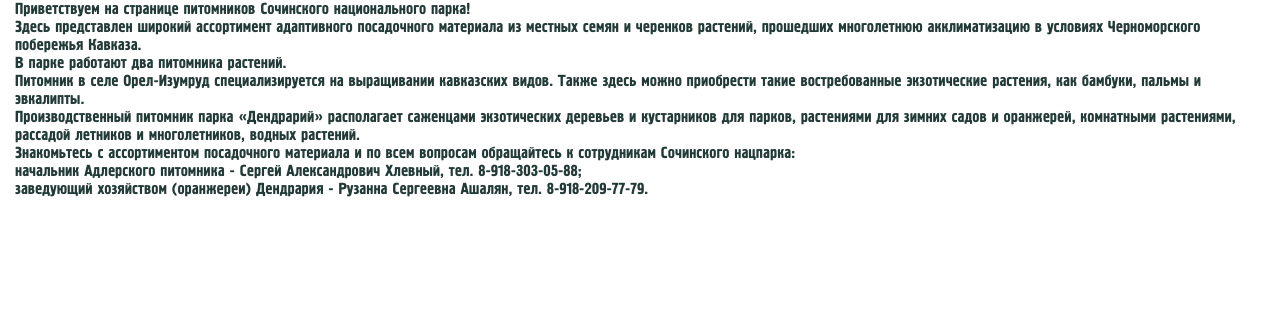
Repository: sem1103/np-sochi
Page: index.html
These files come from the project's save history. The page is drawn as it stood at one moment and after the next save; the edit follows.
The browser window is 1280 px wide. The pictures show the whole page.

Above is the page before, as saved 2024-01-17 19:38:39.

### index.html
<!DOCTYPE html>
<html lang="en">
<head>
    <meta charset="UTF-8">
    <meta name="viewport" content="width=device-width, initial-scale=1.0">
    <title>Сочинский Национальный Парк</title>

    <link rel="stylesheet" href="styles/reset.css">
    <link rel="stylesheet" href="styles/main.css">
</head>
<body>
    <div id="page">
        <header></header>

        <main>
            <div class="top__text container">
                <p>
                    Приветствуем на странице питомников Сочинского национального парка!
                </p>
                <p>
                    Здесь представлен широкий ассортимент адаптивного посадочного материала из местных семян и черенков растений, прошедших многолетнюю акклиматизацию в условиях Черноморского побережья Кавказа.
                </p>
                <p>
                    В парке работают два питомника растений.
                </p>
                <p>
                    Питомник в селе Орел-Изумруд специализируется на выращивании кавказских видов. Также здесь можно приобрести такие востребованные экзотические растения, как бамбуки, пальмы и эвкалипты.
                </p>
                <p>
                    Производственный питомник парка «Дендрарий» располагает саженцами экзотических деревьев и кустарников для парков, растениями для зимних садов и оранжерей, комнатными растениями, рассадой летников и многолетников, водных растений.
                </p>
                <p>
                    Знакомьтесь с ассортиментом посадочного материала и по всем вопросам обращайтесь к сотрудникам Сочинского нацпарка:
                </p>
                <ul>
                    <li>начальник Адлерского питомника - Сергей Александрович Хлевный, тел. <a href="tel:+79183030588">8-918-303-05-88</a>;</li>
                    <li>заведующий хозяйством (оранжереи) Дендрария - Рузанна Сергеевна Ашалян, тел. 8-918-209-77-79.</li>
                </ul>
            </div>
        </main>

        <footer></footer>
    </div>
</body>
</html>

### styles/reset.css

:root{
    --gray: #233B37;
}
html{
    scroll-behavior: smooth;
}
html,
body,
div,
span,
applet,
object,
iframe,
h1,
h2,
h3,
h4,
h5,
h6,
p,
blockquote,
pre,
a,
abbr,
acronym,
address,
big,
cite,
code,
del,
dfn,
em,
img,
ins,
kbd,
q,
s,
samp,
small,
strike,
strong,
sub,
sup,
tt,
var,
b,
u,
i,
center,
dl,
dt,
dd,
ol,
ul,
li,
fieldset,
form,
label,
legend,
table,
caption,
tbody,
tfoot,
thead,
tr,
th,
td,
article,
aside,
canvas,
details,
embed,
figure,
figcaption,
footer,
header,
hgroup,
menu,
nav,
output,
ruby,
section,
summary,
time,
mark,
audio,
video {
    margin: 0;
    padding: 0;
    border: 0;
    font-size: 100%;
    font: inherit;
    vertical-align: baseline
}

article,
aside,
details,
figcaption,
figure,
footer,
header,
hgroup,
menu,
nav,
section {
    display: block
}

body {
    line-height: 1;
    font-family: Hermes;
}

ol,
ul {
    list-style: none
}

blockquote,
q {
    quotes: none
}

blockquote:before,
blockquote:after,
q:before,
q:after {
    content: '';
    content: none
}

table {
    border-collapse: collapse;
    border-spacing: 0
}

a {
    text-decoration: none;
    color: var(--gray);
    transition: all .3s ease-in-out
}

a:hover {
    color: #365edc;
}

* {
    box-sizing: border-box
}




.active__menu{
    opacity: .7;
    color: var(--gray);
}
#page{
    min-height: 100vh;
}

.container{
    max-width: 1160px;
    margin: auto;
    padding: 0 15px;
}
main img{
    width: 100%;
    height: auto;
}

### styles/main.css
@font-face {
    font-family: 'Hermes';
    src: url('font/hermes.ttf'),
    url(font/hermes.woff),
    url(font/hermes.woff2) ;

}
.container{
    max-width: 1652px;
    margin: 0 auto;
}

p, li{
    font: 16px 'Hermes';
    color: var(--gray);
}

After the next save:
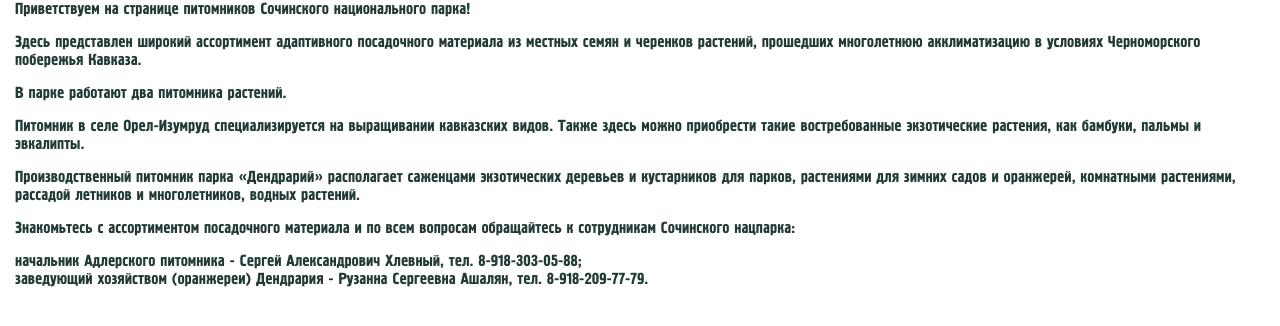
Saved 39 s later.
--- a/styles/main.css
+++ b/styles/main.css
@@ -14,3 +14,6 @@
     font: 16px 'Hermes';
     color: var(--gray);
 }
+p{
+    margin: 0 0 15px 0;
+}
